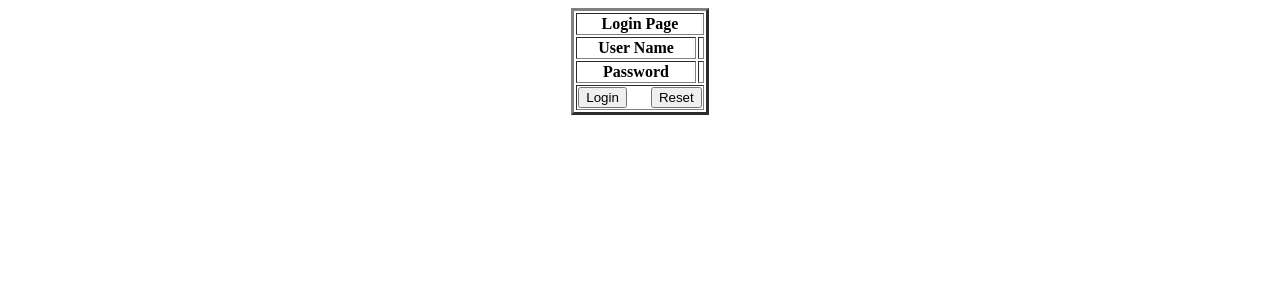
Repository: PersonalGithub26/Infinite-Training
Page: Day9/HtmlDemo/P15.html
These files come from the project's save history. The page is drawn as it stood at one moment and after the next save; the edit follows.
The browser window is 1280 px wide. The pictures show the whole page.

Above is the page before, as saved 2022-12-28 05:50:05.

### Day9/HtmlDemo/P15.html
<!DOCTYPE html>
<html>
<head>
<meta charset="ISO-8859-1">
<title>Insert title here</title>
</head>
<body>
	<form name="frmlogin">
	<table border="3" align="center"/>
	<tr>
	 <th colspan = "2">Login Page </th>
	</tr>
	<tr>
		<th> User Name</th>
		<td type="text" name="userName"></td>
	</tr>
	<tr>
	<th>Password</th>
	<td type="password" name="password"></td>
	</tr>
	<tr>
		<th colspan="2"> <input type="button" value="Login"/>
		&nbsp;&nbsp;&nbsp;&nbsp;
		<input type="reset" value="Reset"/>
		 </th>
	</tr>
	</table>
	</form>

</body>
</html>

After the next save:
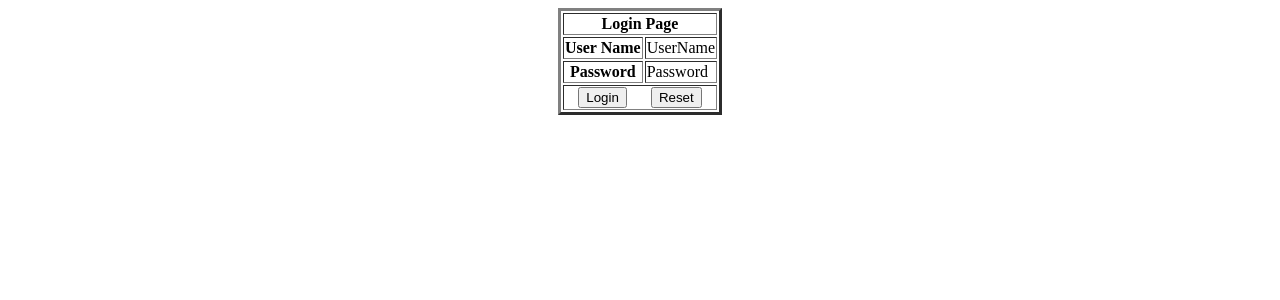
Saved 79 s later.
--- a/Day9/HtmlDemo/P15.html
+++ b/Day9/HtmlDemo/P15.html
@@ -12,11 +12,11 @@
 	</tr>
 	<tr>
 		<th> User Name</th>
-		<td type="text" name="userName"></td>
+		<td type="text" name="userName" > UserName </td>
 	</tr>
 	<tr>
 	<th>Password</th>
-	<td type="password" name="password"></td>
+	<td type="password" name="password">Password</td>
 	</tr>
 	<tr>
 		<th colspan="2"> <input type="button" value="Login"/>
